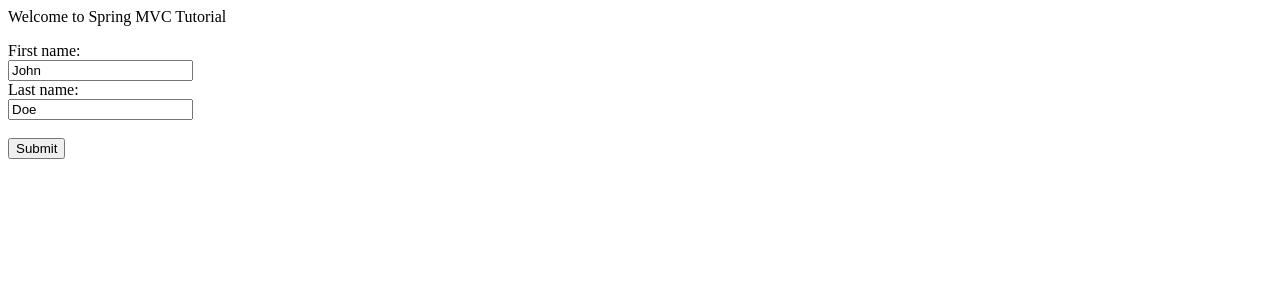
Repository: vinay-g-5/HibernateOracleTest
Page: http://localhost/springmvc/
An editor plug-in stored every save of this project. The page is shown before and after the next save, followed by the edit.
The browser window is 1280 px wide. The pictures show the whole page.
The page is served by Tomcat 9. Other server files are loaded and not shown.

Above is the page before, as saved 2021-03-05 10:26:48.

### springmvc/WebContent/index.jsp
<html>
<body>
<p>Welcome to Spring MVC Tutorial</p>



<form action="Second.jsp">
  <label for="fname">First name:</label><br>
  <input type="text" id="fname" name="fname" value="John"><br>
  <label for="lname">Last name:</label><br>
  <input type="text" id="lname" name="lname" value="Doe"><br><br>
  <input type="submit" value="Submit">
</form>

</body>
</html>

After the next save:
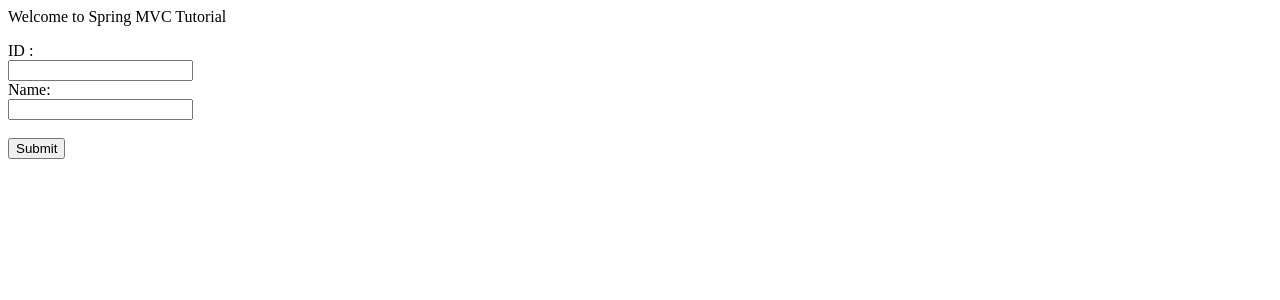
Saved 2 min 1 s later.
--- a/springmvc/WebContent/index.jsp
+++ b/springmvc/WebContent/index.jsp
@@ -5,10 +5,10 @@
 
 
 <form action="Second.jsp">
-  <label for="fname">First name:</label><br>
-  <input type="text" id="fname" name="fname" value="John"><br>
-  <label for="lname">Last name:</label><br>
-  <input type="text" id="lname" name="lname" value="Doe"><br><br>
+  <label for="fname">ID :</label><br>
+  <input type="text"  name="id" ><br>
+  <label for="lname"> Name:</label><br>
+  <input type="text"  name="name" ><br><br>
   <input type="submit" value="Submit">
 </form>
 
